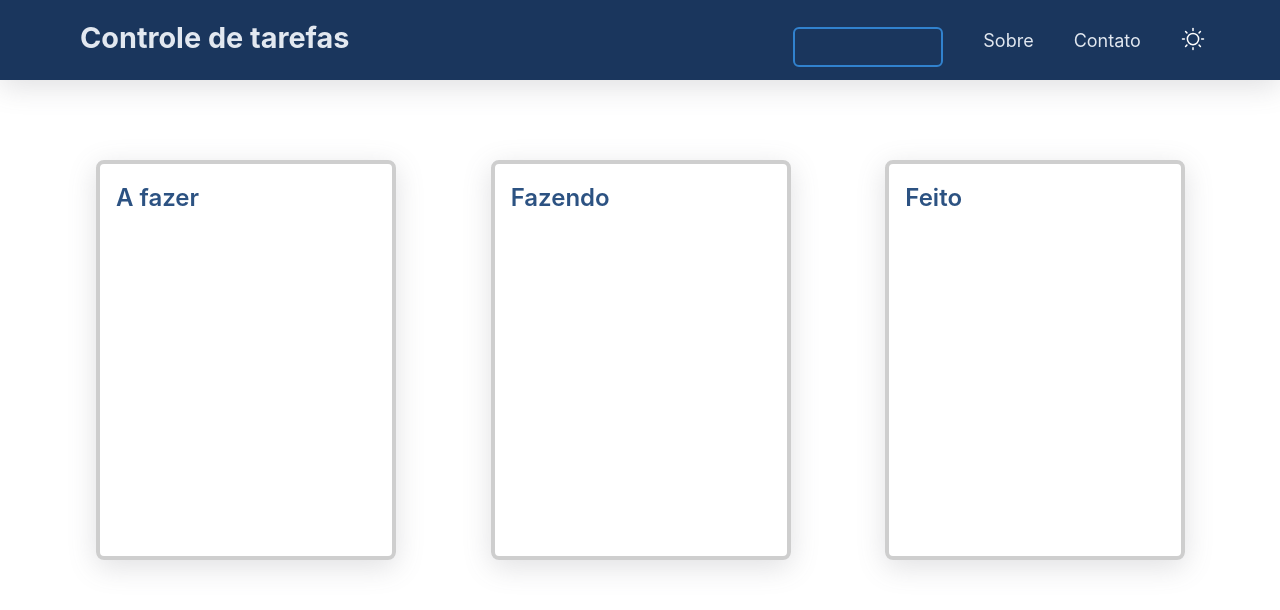
Repository: leosulzbach/Hackaton-Relampago
Page: /home (app in Front/)
These files come from the project's save history. The page is drawn as it stood at one moment and after the next save; the edit follows.
The browser window is 1280 px wide. The pictures show the whole page.
The project was rebuilt for these pictures with package versions that can differ from the ones it lists, and the page was loaded fresh each time. Also part of the build but not shown: Front/vite.config.ts.

Above is the page before, as saved 2022-11-07 15:34:18.

### Front/src/App.tsx
import { ChakraProvider, theme } from "@chakra-ui/react"
import { BrowserRouter } from "react-router-dom"
import { Router } from "./Routes/Router"



function App() {
  return(
    <ChakraProvider theme={theme}>
    <BrowserRouter>
      <Router />
    </BrowserRouter>
  </ChakraProvider>
  )
}

export default App

### Front/src/Routes/Router.tsx
import { Routes, Route } from "react-router-dom";
import { Home } from "../Pages/home";


export function Router() {
  return (
    <Routes>
      <Route path="/home" element={<Home />} />
     </Routes>
  );
}

### Front/src/Pages/home.tsx
import { Box, Flex, Grid, Text } from '@chakra-ui/react'
import { Header } from '../Components/Header'


export const Home = () => {



    return (
        <Flex

        >
            <Header />


            <Grid
                templateColumns='repeat(3, 1fr)'
                ml={"6rem"}
                mt={"10rem"}
                alignItems={"center"}
                width='100%'
                height="100%"
            >
                <Box
                    border={"4px solid #cecece"}
                    boxShadow={"rgba(100, 100, 111, 0.2) 0px 7px 29px 0px"}
                    borderRadius={8}
                    w={"300px"}
                    h={"400px"}
                >
                    <Text
                    p={"1rem"}
                    fontSize={"1.5rem"}
                    fontWeight={"semibold"}
                    color={"blue.700"}
                    >A fazer</Text>

                </Box>
                <Box
                    border={"4px solid #cecece"}
                    boxShadow={"rgba(100, 100, 111, 0.2) 0px 7px 29px 0px"}
                    borderRadius={8}
                    w={"300px"}
                    h={"400px"}>
                    <Text
                    p={"1rem"}
                    fontSize={"1.5rem"}
                    fontWeight={"semibold"}
                    color={"blue.700"}
                    >Fazendo</Text>
                </Box>
                <Box
                    border={"4px solid #cecece"}
                    boxShadow={"rgba(100, 100, 111, 0.2) 0px 7px 29px 0px"}
                    borderRadius={8}
                    w={"300px"}
                    h={"400px"}>
                    <Text
                    p={"1rem"}
                    fontSize={"1.5rem"}
                    fontWeight={"semibold"}
                    color={"blue.700"}
                    >Feito</Text>
                </Box>

            </Grid>
        </Flex>
    )

}

### Front/src/Components/Header.tsx
import { Box, Flex, Input, Link, Text } from "@chakra-ui/react";
import { Sun } from "phosphor-react";



export const Header = () => {
    return (
        <Flex

            as="header"
            w="100%"
            h="20"
            justify="space-between"

            borderBottomWidth={1}
            borderColor="blue.900"
            bg="blue.900"
            position={"fixed"}
            boxShadow="rgba(100, 100, 111, 0.2) 0px 7px 29px 0px"
        >
            <Flex
                p="1rem"
                justify="flex-start"
                ml="4rem"
            >
                <Text
                    fontSize="1.8rem"
                    fontWeight="bold"
                    color="gray.200"
                >
                    Controle de tarefas
                </Text>
            </Flex>
            <Flex
                p="1.7rem"
                mr="3rem"
                justify="flex-end"
                gap={10}
            >
                <Input
                    border={"2px solid #3182CE"}
                    type={"text"}
                    w={"150px"}
                    h={"40px"}
                    color="#cecece" />
                <Link

                    href="/sobre"
                    color="gray.200"
                    fontSize={18}
                    _hover={{
                        borderBottom: '4px solid  blue', transition: 'all 0.3s ease-out', transform: 'translate(-11px, 0px)'
                    }}
                >
                    Sobre
                </Link>
                <Link
                    href="/contato"
                    color="gray.200"
                    fontSize={18}
                    _hover={{
                        borderBottom: '4px solid  blue', transition: 'all 0.3s ease-out', transform: 'translate(-11px, 0px)'
                    }}

                >
                    Contato
                </Link>
                <Sun size={24} color={"white"} />
            </Flex>



        </Flex>
    );
}

Loaded but not shown: Front/index.html (common file); Front/src/main.tsx (common file)

After the next save:
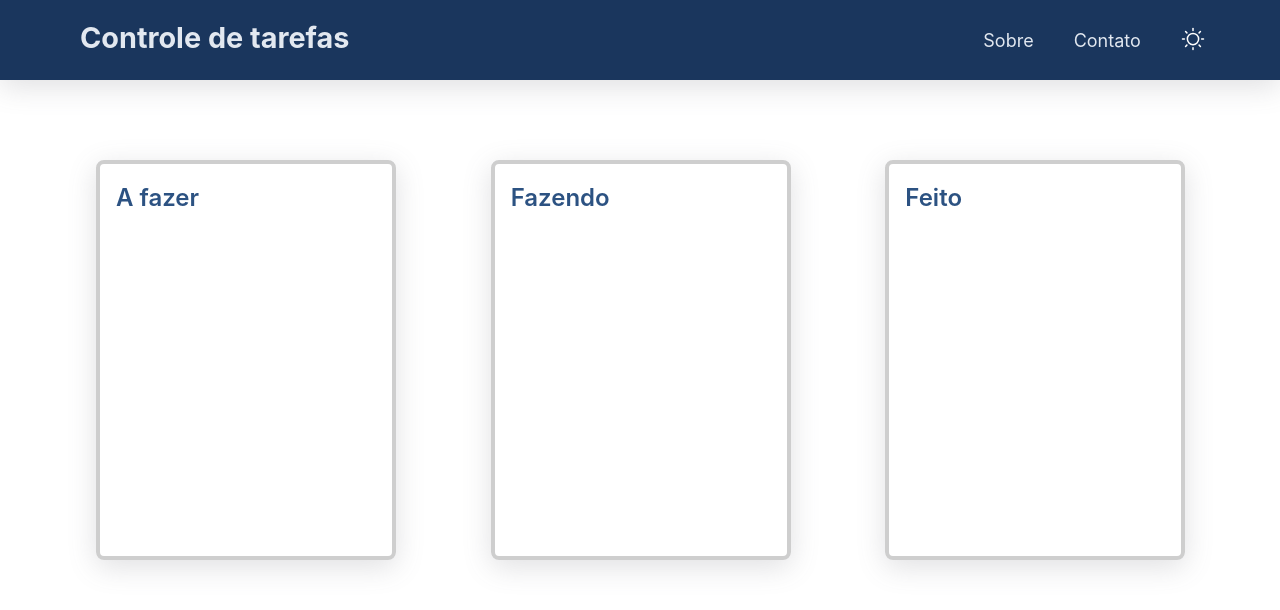
Saved 27 s later.
--- a/Front/src/Components/Header.tsx
+++ b/Front/src/Components/Header.tsx
@@ -37,12 +37,12 @@ export const Header = () => {
                 justify="flex-end"
                 gap={10}
             >
-                <Input
+                {/* <Input
                     border={"2px solid #3182CE"}
                     type={"text"}
                     w={"150px"}
                     h={"40px"}
-                    color="#cecece" />
+                    color="#cecece" /> */}
                 <Link
 
                     href="/sobre"
